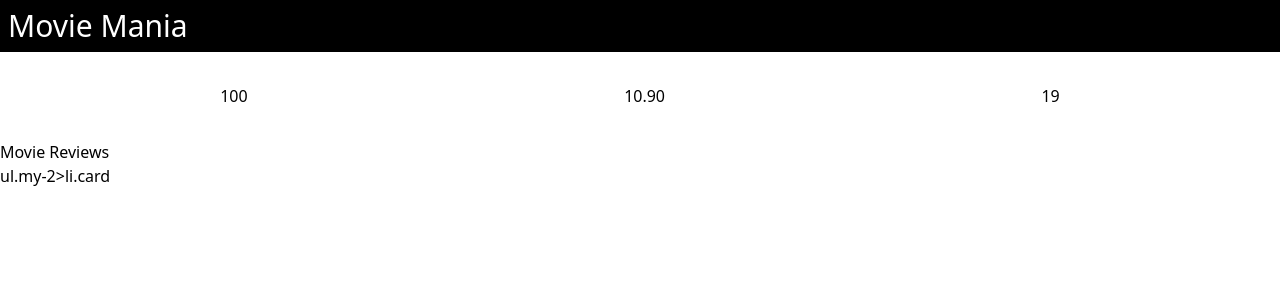
Repository: mdsajib50/Movie-Mania
Page: src/index.html
An editor plug-in stored every save of this project. The page is shown before and after a run of saves, followed by the edit.
The browser window is 1280 px wide. The pictures show the whole page.

Above is the page before, as saved 2025-03-07 15:04:25.

### src/index.html
<!DOCTYPE html>
<html lang="en">
<head>
    <meta charset="UTF-8">
    <meta name="viewport" content="width=device-width, initial-scale=1.0">
    <link rel="stylesheet" href="output.css">
    <title id="siteTitle">Movie Mania</title>
</head>
<body>
     <div class="flex flex-col">
        <nav class="bg-black text-white p-2">
            <h1 class="text-3xl">Movie Mania</h1>
        </nav>
        <div class="flex justify-around p-8">
            <div class="card" id="tMoviesId">
                <span>100</span>
            </div>
            <div class="card" id="tAvgRating"><span>10.90</span></div>
            <div class="card" id="tReviewsId"><span>19</span></div>
        </div>
        <div class="p-4" id="movieListId">
            <h2 class="text-2xl">Movie Reviews</h2>
            ul.my-2>li.card
        </div>
     </div>
    <script src="script.js"></script>
</body>
</html>

Loaded but not shown: src/output.css (2091 lines, source omitted); src/script.js (no stored copy; drawn as an empty file)

After the next 4 saves:
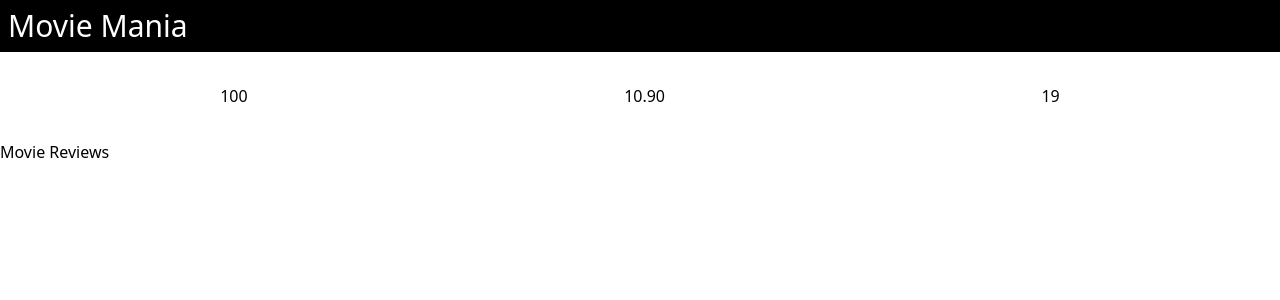
The 4 saves are shown as one change because they came seconds apart.
The last was saved 12 s later.
--- a/src/index.html
+++ b/src/index.html
@@ -20,7 +20,9 @@
         </div>
         <div class="p-4" id="movieListId">
             <h2 class="text-2xl">Movie Reviews</h2>
-            ul.my-2>li.card
+            <ul class="my-2">
+                <li class="cardmy-2"></li>
+            </ul>
         </div>
      </div>
     <script src="script.js"></script>
